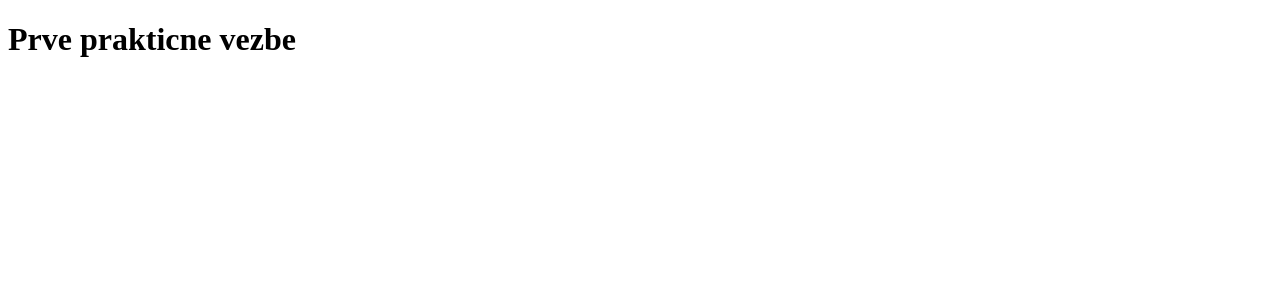
Repository: bojanludajic/Razvoj-Informacionih-Sistema
Page: Vezbe1/src/main/webapp/index.html
These files come from the project's save history. The page is drawn as it stood at one moment and after the next save; the edit follows.
The browser window is 1280 px wide. The pictures show the whole page.

Above is the page before, as saved 2024-10-22 11:26:17.

### Vezbe1/src/main/webapp/index.html
<!DOCTYPE html>
<html>
<head>
<meta charset="UTF-8">
<title>Razvoj informacionih sistema</title>
</head>
<body>
<h1>Prve prakticne vezbe</h1>

</body>
</html>

After the next save:
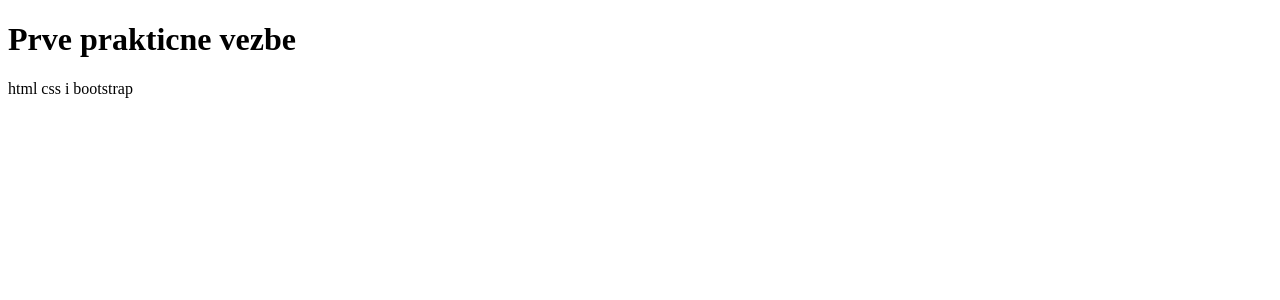
Saved 44 s later.
--- a/Vezbe1/src/main/webapp/index.html
+++ b/Vezbe1/src/main/webapp/index.html
@@ -6,6 +6,6 @@
 </head>
 <body>
 <h1>Prve prakticne vezbe</h1>
-
+<p>html css i bootstrap</p>
 </body>
 </html>
